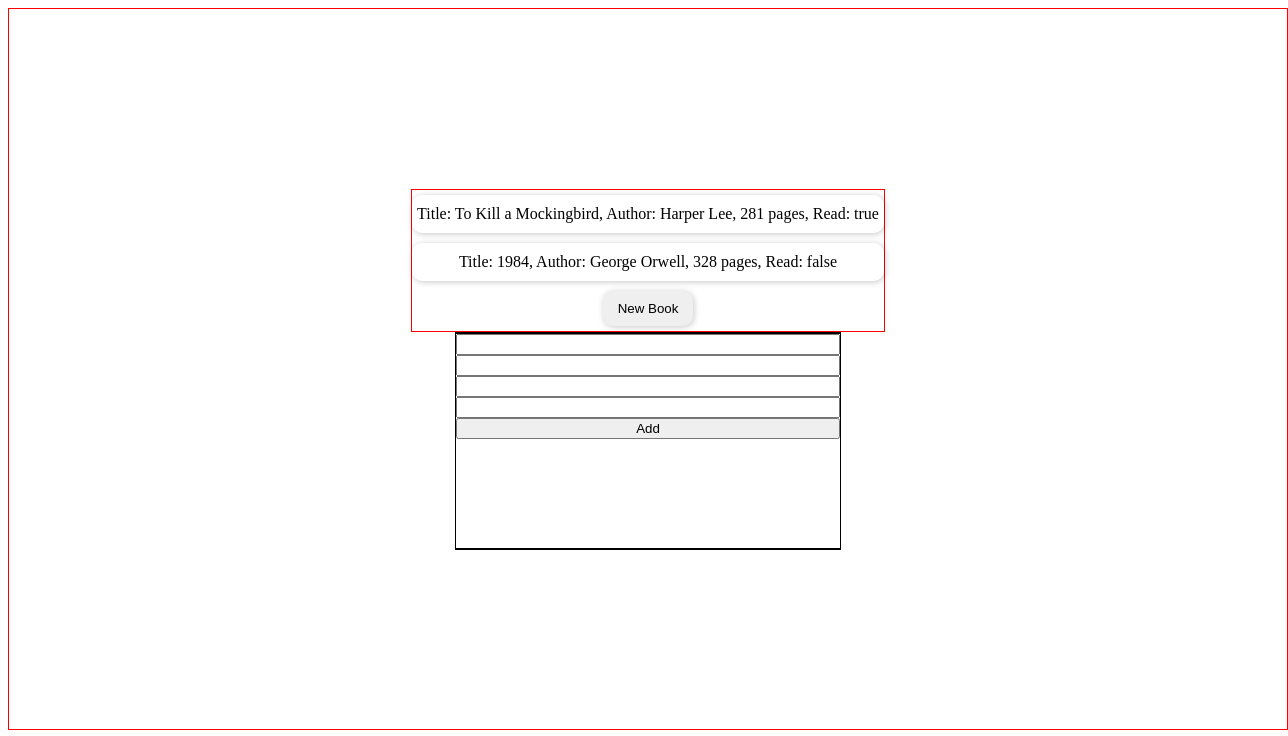
Repository: kocokoy/library
Page: index.html
An editor plug-in stored every save of this project. The page is shown before and after the next save, followed by the edit.
The browser window is 1280 px wide. The page is 1288 px wide, so the pictures cover 1288 px, including what lies to the right of the window. The pictures show the whole page.

Above is the page before, as saved 2024-11-06 09:13:06.

### index.html
<!DOCTYPE html>
<html lang="en">
<head>
  <meta charset="UTF-8">
  <meta name="viewport" content="width=device-width, initial-scale=1.0">
  <link rel="stylesheet" href="style.css">
  <title>Document</title>
</head>
<body>
  <div class="container">
    <div class="display-button-card">
      <div class="book-display jsBookDisplay">
      </div>
      <button class="new-book-button jsNewBookButton">New Book</button>
    </div>
    <div class="add-new-book-card">
      <div>
        <input class="jsBookTitle" type="text">
        <input class="jsBookAuthor" type="text">
        <input class="jsBookPages" type="text">
        <input class="jsBookRead" type="text">
        <button class="jsAddBook">Add</button>
      </div>
    </div>
  </div>
<script src="script.js"></script>
</body>
</html>

### style.css
body{
  width: 100%;
  height: 100vh;
}
.container{
  display: flex;
  flex-direction: column;
  justify-content: center;
  align-items: center;
  border: 1px solid red;
  height: 100%;
}
.display-button-card{
  border: 1px solid red;
  display: flex;
  flex-direction: column;
  justify-content: center;
  align-items: center;
}
.book-display{
  display: flex;
  flex-direction: column;
  justify-content: center;
  align-items: center;
}
.book-card{
  box-shadow: 1px 1px 6px  rgba(0, 0, 0, 0.219);
  padding: 10px 0px;
  border-radius: 10px;
  display: flex;
  flex-direction: row;
  justify-content: center;
  align-items: center;
  margin: 5px;
  width: 100%;
}

.new-book-button{

  padding: 10px;
  margin: 5px;
  border-radius: 10px;
  border: none;
  box-shadow: 1px 1px 6px  rgba(0, 0, 0, 0.219);
  width: 19%;
  cursor: pointer;
}

/* add book card */
.add-new-book-card {
  border: 1px solid black;
  height: 30%;
  width: 30%;
  display: flex;
  flex-direction: column;
  align-items: center;
  justify-content: center;
}

.add-new-book-card div{
  border: 1px solid black;
  height: 100%;
  width: 100%;
  display: flex;
  flex-direction: column;
}

### script.js
const bookTitleElement = document.querySelector('.jsBookTitle');
const bookAuthorElement = document.querySelector('.jsBookAuthor');
const bookPagesElement = document.querySelector('.jsBookPages');
const bookReadElement = document.querySelector('.jsBookRead');
const bookButtonElement = document.querySelector('.jsNewBookButton');
const bookDisplayElement = document.querySelector('.jsBookDisplay');

const myLibrary = [
  {title: 'To Kill a Mockingbird', author: 'Harper Lee', pages: 281, read: true},
  {title: '1984', author: 'George Orwell', pages: 328, read: false},
];


displayBookToLibrary();

function Book(title,author,pages,read) {
  this.title = title;
  this.author = author;
  this.pages = pages;
  this.read = read;
  this.info = function(){
    const bookObj = {
      title: this.title,
      author: this.author,
      pages: this.pages,
      read: this.read,
    }
    return bookObj;
  };
}

function addBookToLibrary(title,author,pages,read) {
  const book = new Book(title,author,pages,read);
  myLibrary.push(book.info());
}

function displayBookToLibrary(){

  bookDisplayElement.innerHTML = '';

  myLibrary.forEach(book => {
    const div = document.createElement('div');
    div.classList.add('book-card');
    div.innerHTML = `
      <div>Title: ${book.title}, Author: ${book.author}, ${book.pages} pages, Read: ${book.read}</div>
    `
    bookDisplayElement.appendChild(div);
    console.log(book);
  })
}

bookButtonElement.addEventListener('click', () => {
  const bookTitleValue = bookTitleElement.value;
  const bookAuthorValue = bookAuthorElement.value;
  const bookPagesValue = bookPagesElement.value;
  const bookReadValue = bookReadElement.value;
  bookTitleElement.value = '';
  bookAuthorElement.value = '';
  bookPagesElement.value = '';
  bookReadElement.value = '';
  addBookToLibrary(bookTitleValue,bookAuthorValue,bookPagesValue,bookReadValue);
  displayBookToLibrary();
})

After the next save:
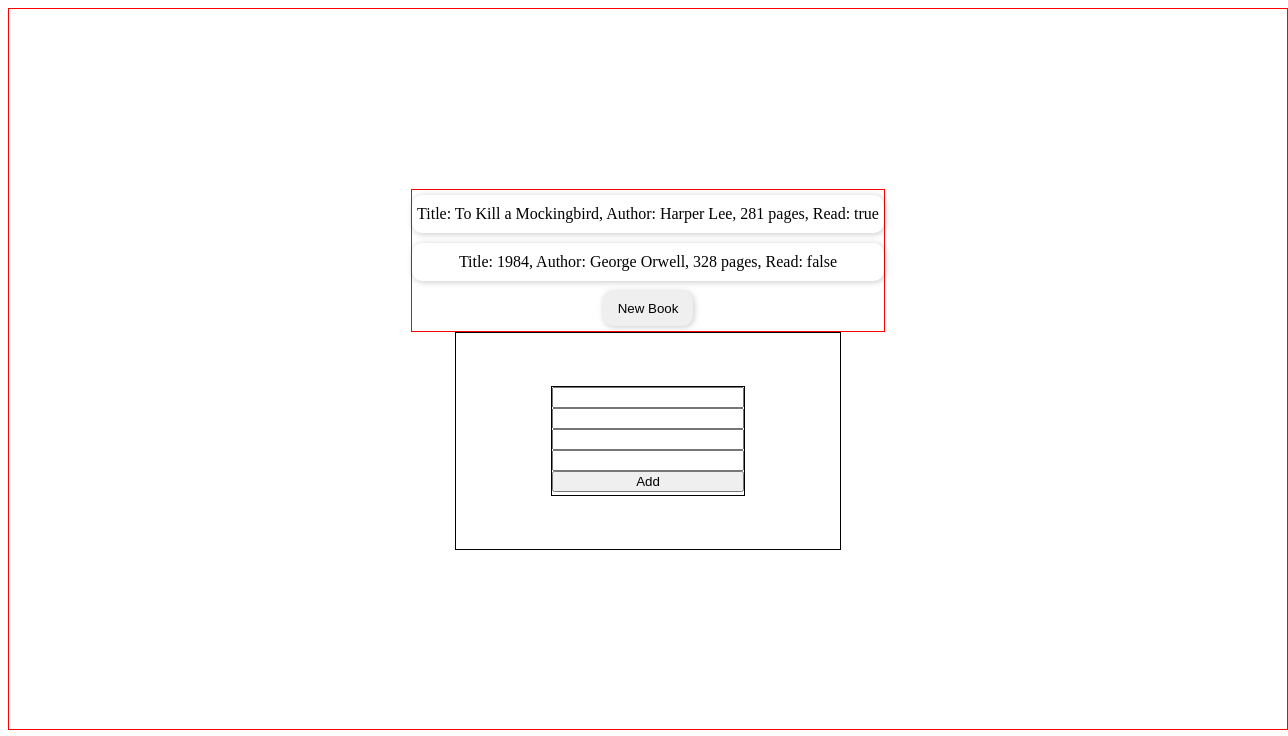
Saved 8 s later.
--- a/style.css
+++ b/style.css
@@ -59,8 +59,8 @@ body{
 
 .add-new-book-card div{
   border: 1px solid black;
-  height: 100%;
-  width: 100%;
+  height: 50%;
+  width: 50%;
   display: flex;
   flex-direction: column;
 }
